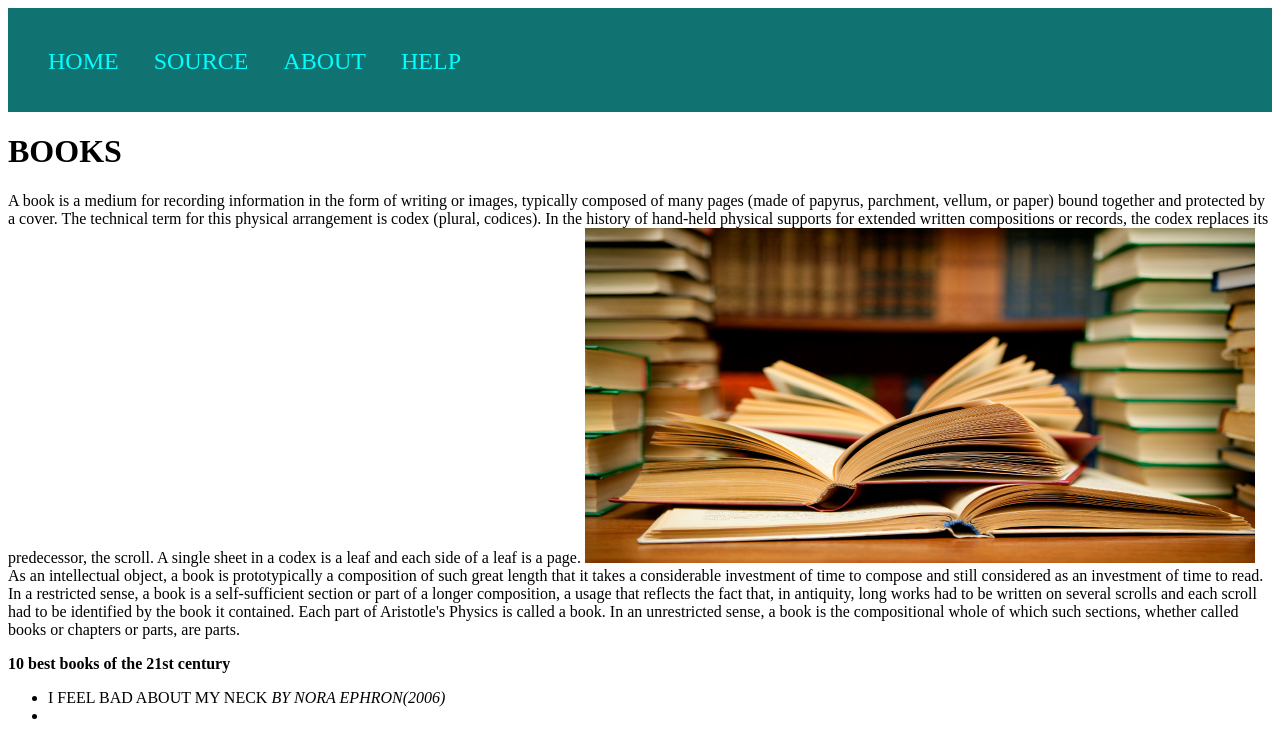
Repository: Hanan-arts/websites
Page: 01 web design/website.html
These files come from the project's save history. The page is drawn as it stood at one moment and after the next save; the edit follows.
The browser window is 1280 px wide. The pictures show the whole page.

Above is the page before, as saved 2021-02-13 21:18:45.

After the next save:
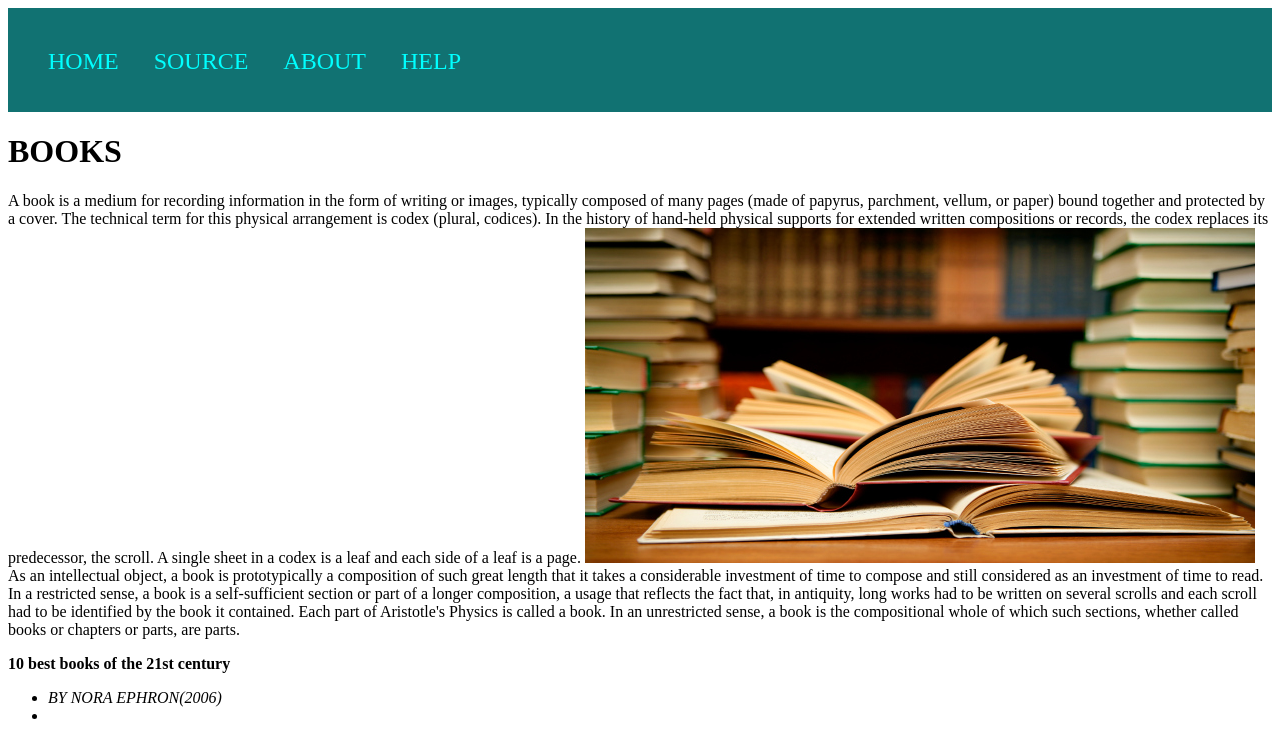
Saved 30 s later.
--- a/01 web design/website.html
+++ b/01 web design/website.html
@@ -51,7 +51,7 @@
 <p>
     <div>
         <ul>
-            <li>I FEEL BAD ABOUT MY NECK <i>BY NORA EPHRON(2006)
+            <li><I FEEL BAD ABOUT MY NECK <i>BY NORA EPHRON(2006)
 
             </i></li>
             <li></li>

After the 2 saves that followed:
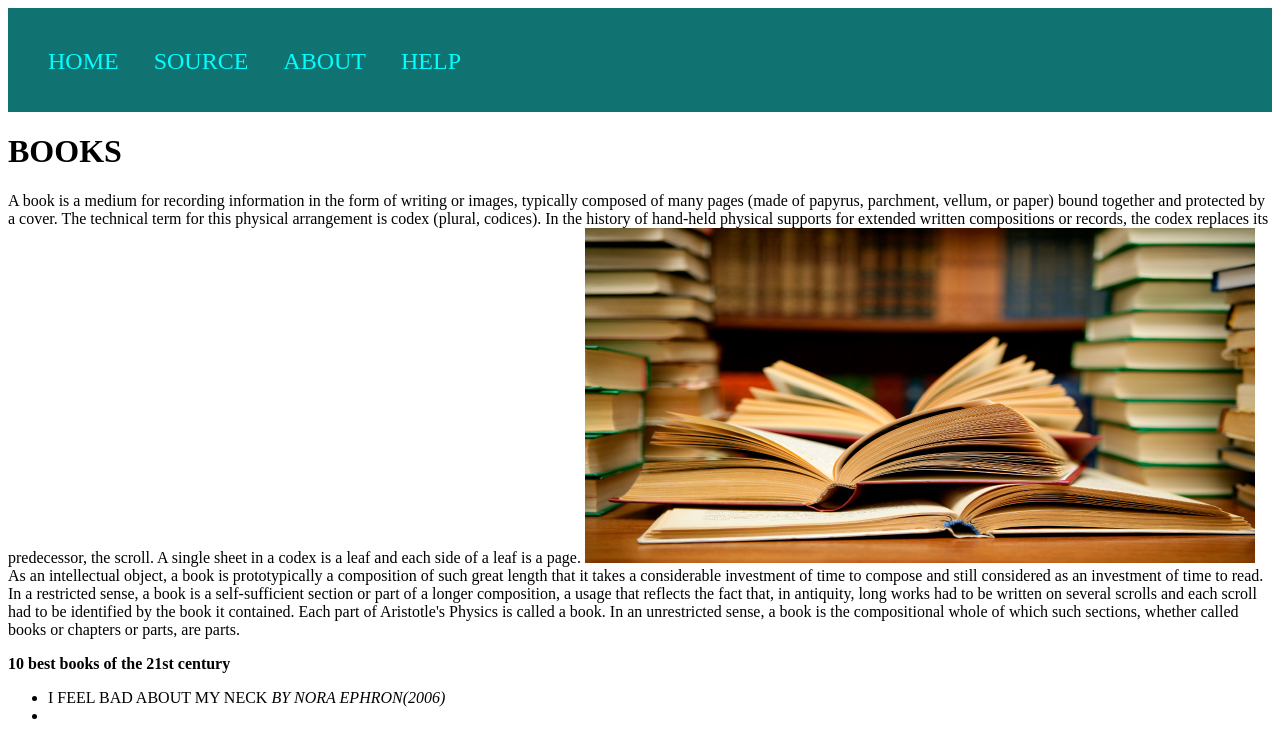
The 2 saves are shown as one change because they came seconds apart.
The last was saved 6 s later.
--- a/01 web design/website.html
+++ b/01 web design/website.html
@@ -51,7 +51,7 @@
 <p>
     <div>
         <ul>
-            <li><I FEEL BAD ABOUT MY NECK <i>BY NORA EPHRON(2006)
+            <li><b></b>I FEEL BAD ABOUT MY NECK <i>BY NORA EPHRON(2006)
 
             </i></li>
             <li></li>
